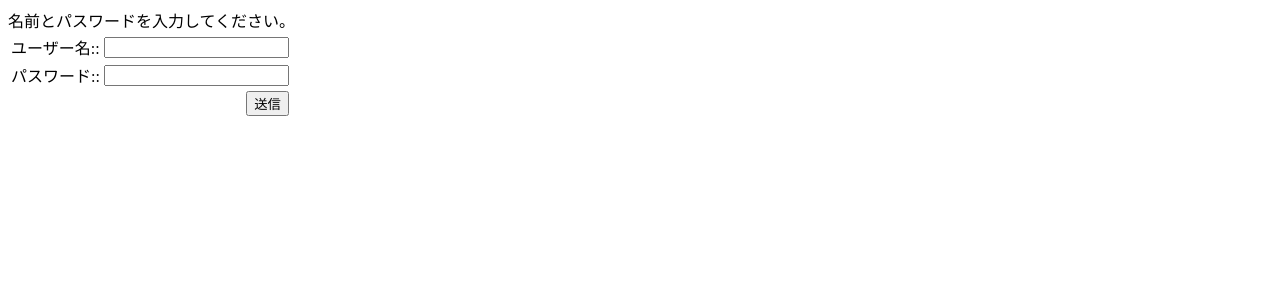
Repository: kashitani0530/test
Page: http://localhost/WebProj2/welcome.jsp
An editor plug-in stored every save of this project. The page is shown before and after the next save, followed by the edit.
The browser window is 1280 px wide. The pictures show the whole page.
The page is served by Tomcat 9.

Above is the page before, as saved 2018-06-26 08:07:05.

After the next save:
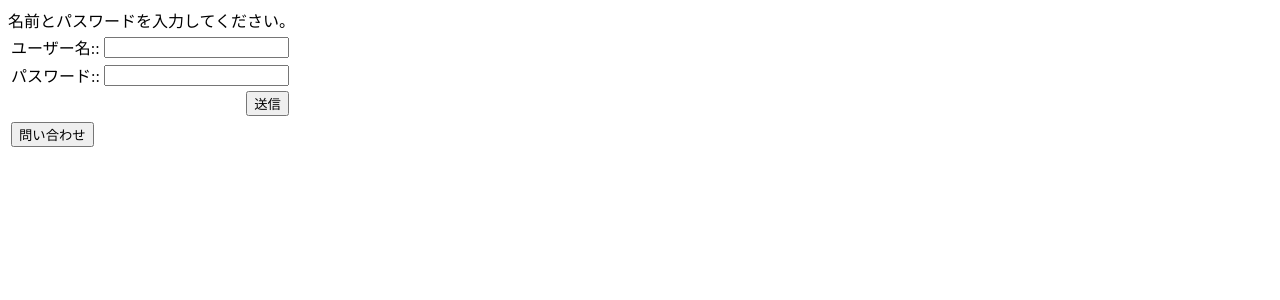
Saved 2 min 51 s later.
--- a/WebProj2/WebContent/welcome.jsp
+++ b/WebProj2/WebContent/welcome.jsp
@@ -15,5 +15,9 @@
 	<s:submit value="送信" />
 </s:form>
 
+<s:form action="InquiryAction">
+	<s:submit value="問い合わせ"/>
+</s:form>
+
 </body>
 </html>
